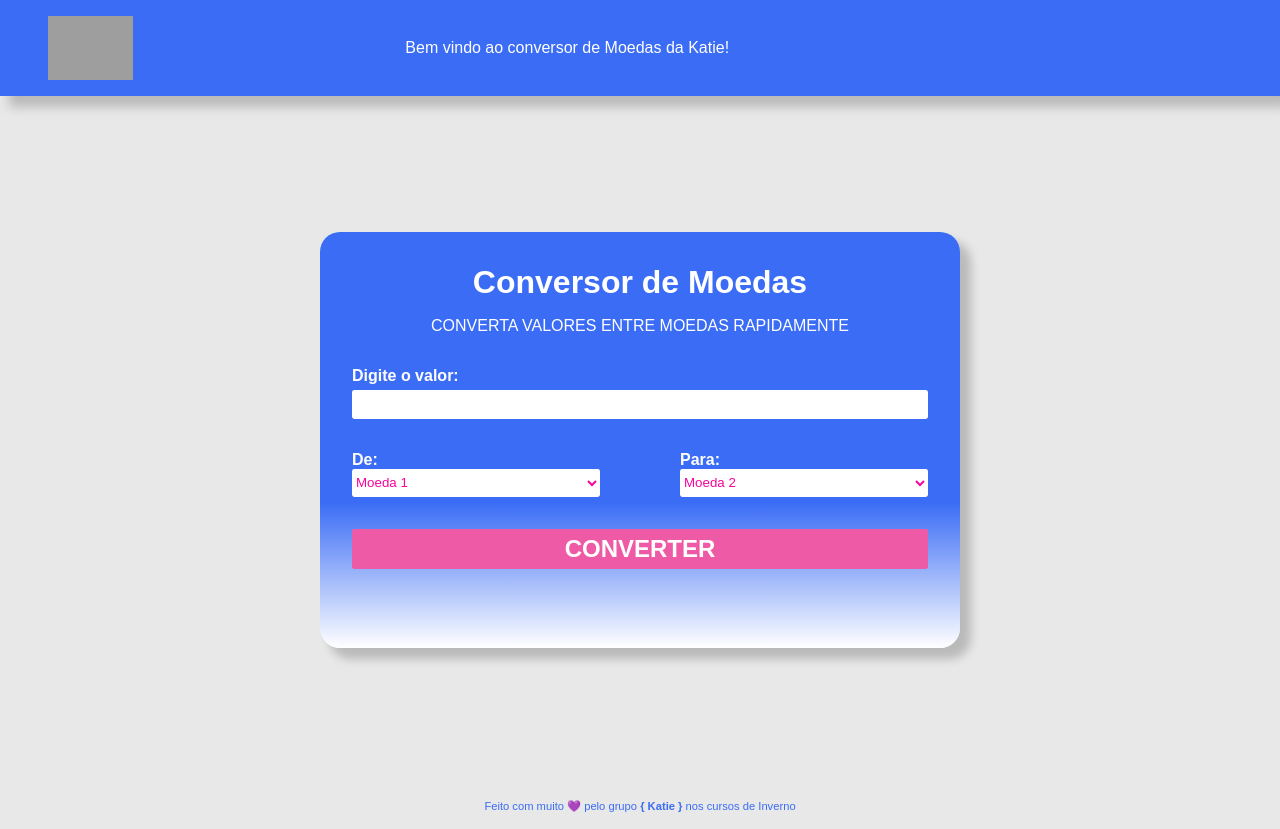
Repository: willamesalmeida/Conversor-de-Moedas
Page: index.html
These files come from the project's save history. The page is drawn as it stood at one moment and after the next save; the edit follows.
The browser window is 1280 px wide. The pictures show the whole page.
Pictures or frames that could not be fetched are drawn as grey boxes.

Above is the page before, as saved 2022-08-07 15:09:34.

After the next save:
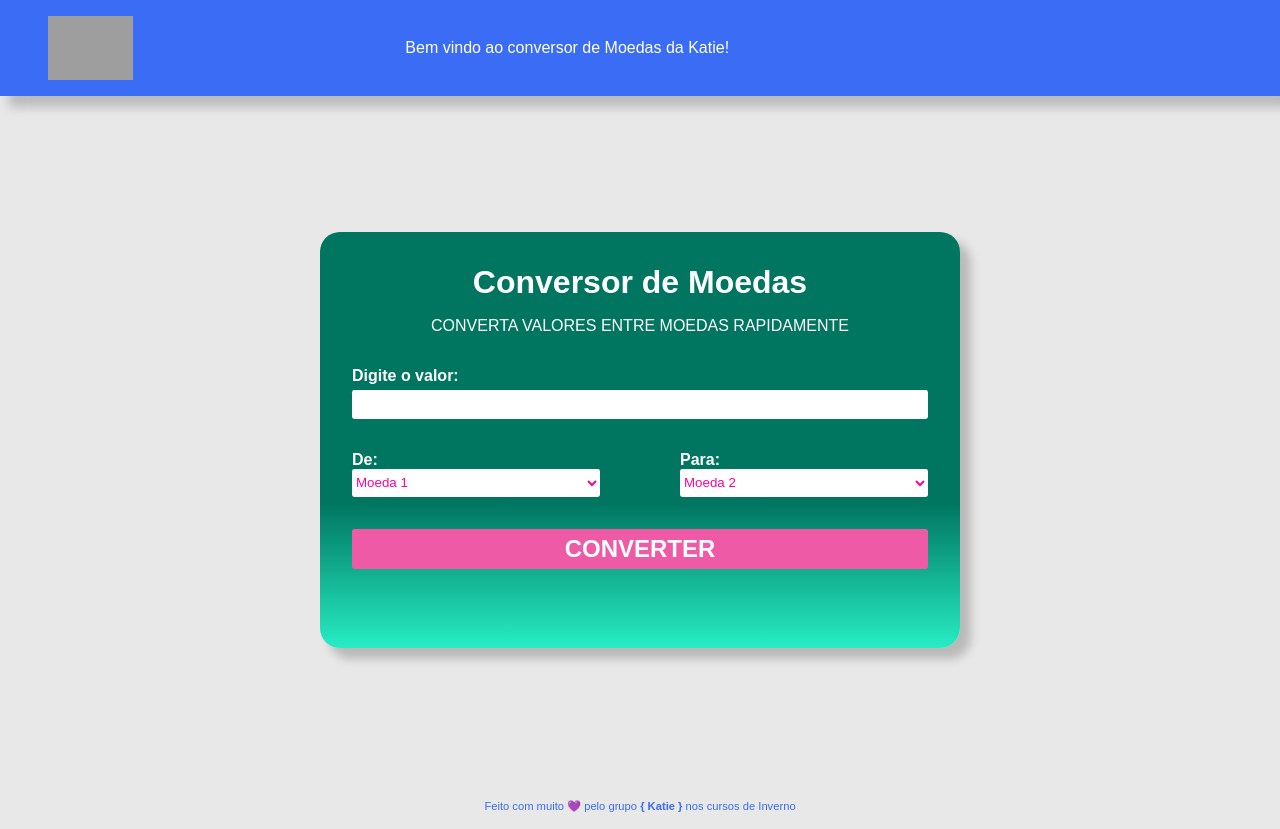
Saved 32 s later.
--- a/styles.css
+++ b/styles.css
@@ -26,7 +26,7 @@ input, select{
 }
 
 .card {
-  background: linear-gradient(var(--blue)65%, var(--branco)); ;
+  background: linear-gradient(var(--greendark)65%, var(--greenlight)); ;
   /* background: var(--red); */
   width: 40rem;
   height: 26rem;
